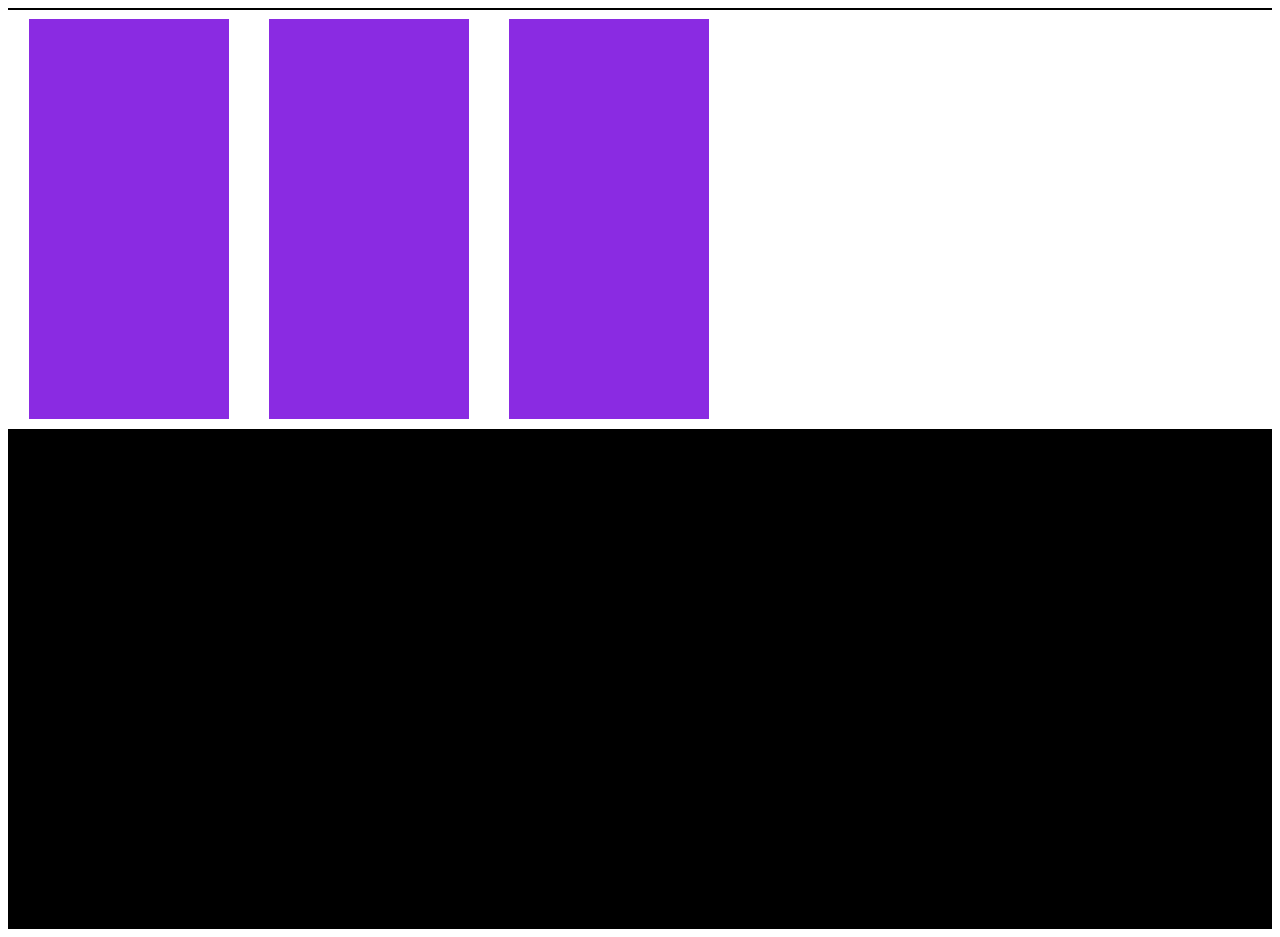
Repository: TheBestBadGuy0228/code
Page: 清除浮动.html
These files come from the project's save history. The page is drawn as it stood at one moment and after the next save; the edit follows.
The browser window is 1280 px wide. The pictures show the whole page.

Above is the page before, as saved 2021-12-09 13:56:38.

After the next save:
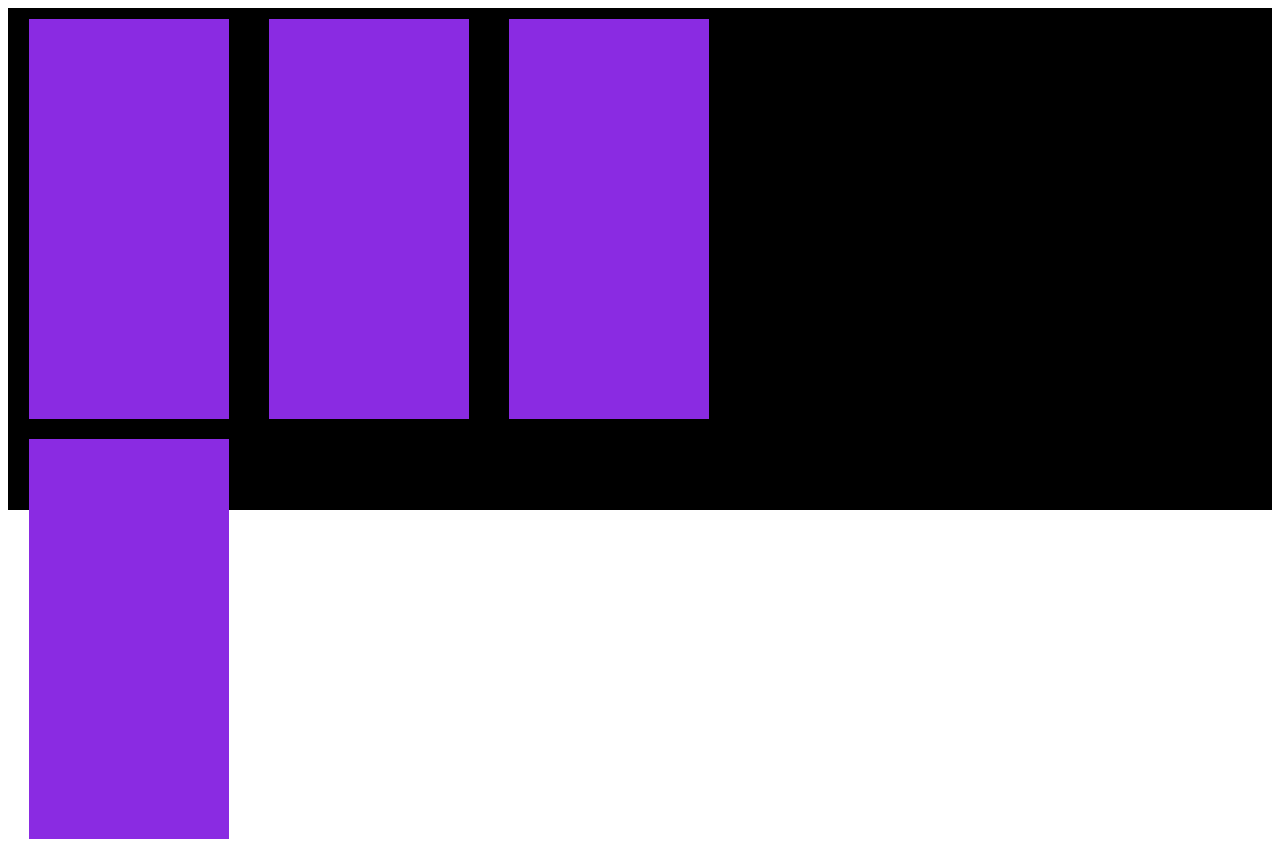
Saved 42 s later.
--- a/清除浮动.html
+++ b/清除浮动.html
@@ -78,8 +78,8 @@
         <div class="son1"></div>
         <div class="son2"></div>
         <div class="son3"></div>
+        <div class="clearn"></div>
     </div>
-    <div class="clearn"></div>
     <div class="test2"></div>
 </body>
 </html>

After the save that followed:
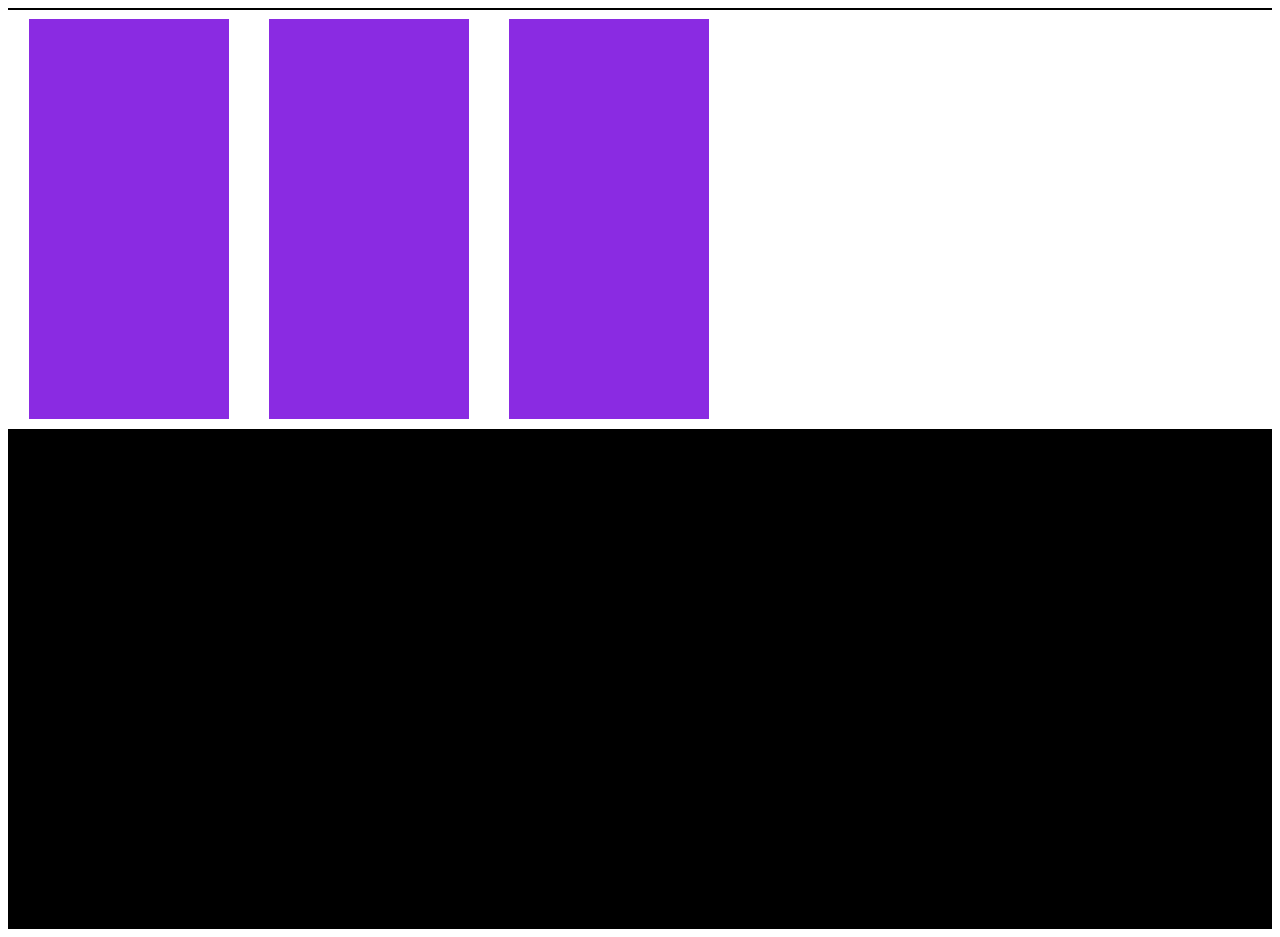
Saved 24 s later.
--- a/清除浮动.html
+++ b/清除浮动.html
@@ -78,8 +78,9 @@
         <div class="son1"></div>
         <div class="son2"></div>
         <div class="son3"></div>
-        <div class="clearn"></div>
     </div>
+    <div class="clearn"></div>
+
     <div class="test2"></div>
 </body>
 </html>
